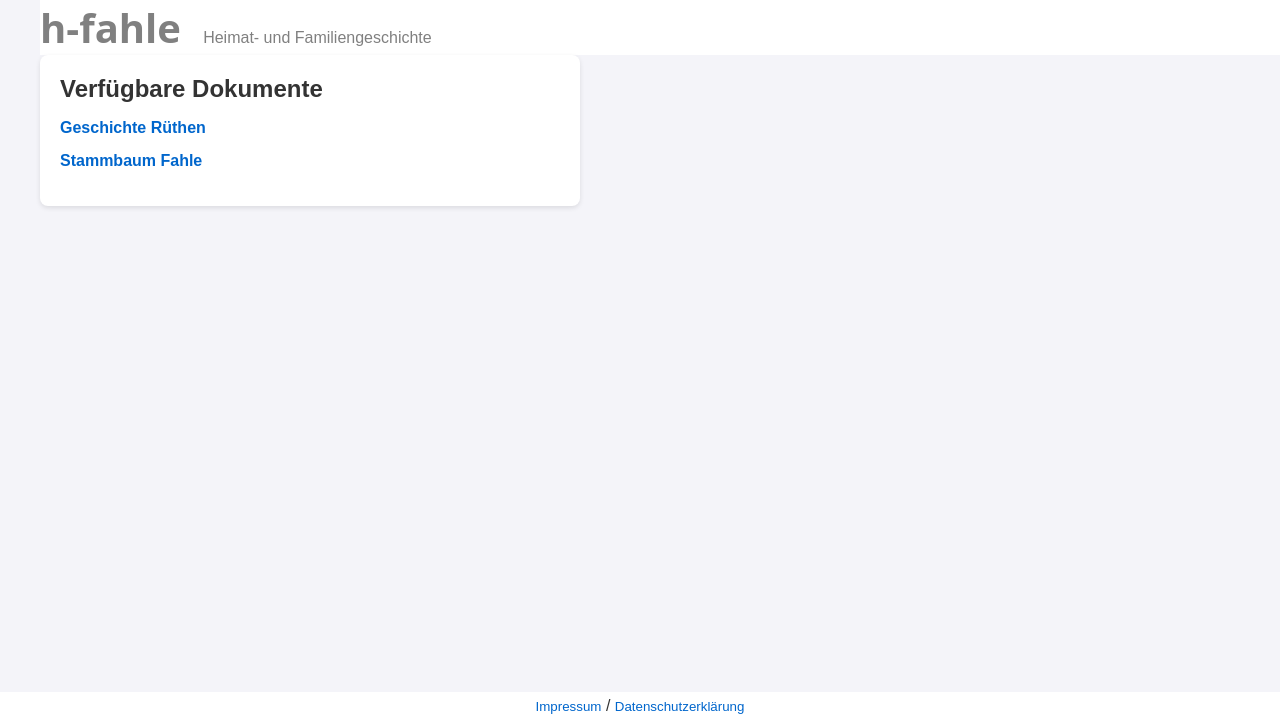
Repository: h-fahle/h-fahle.github.io
Page: index.html
These files come from the project's save history. The page is drawn as it stood at one moment and after the next save; the edit follows.
The browser window is 1280 px wide. The pictures show the whole page.
Some web fonts or font styles are not loaded; a fallback is used.

Above is the page before, as saved 2026-05-24 16:40:56.

After the next save:
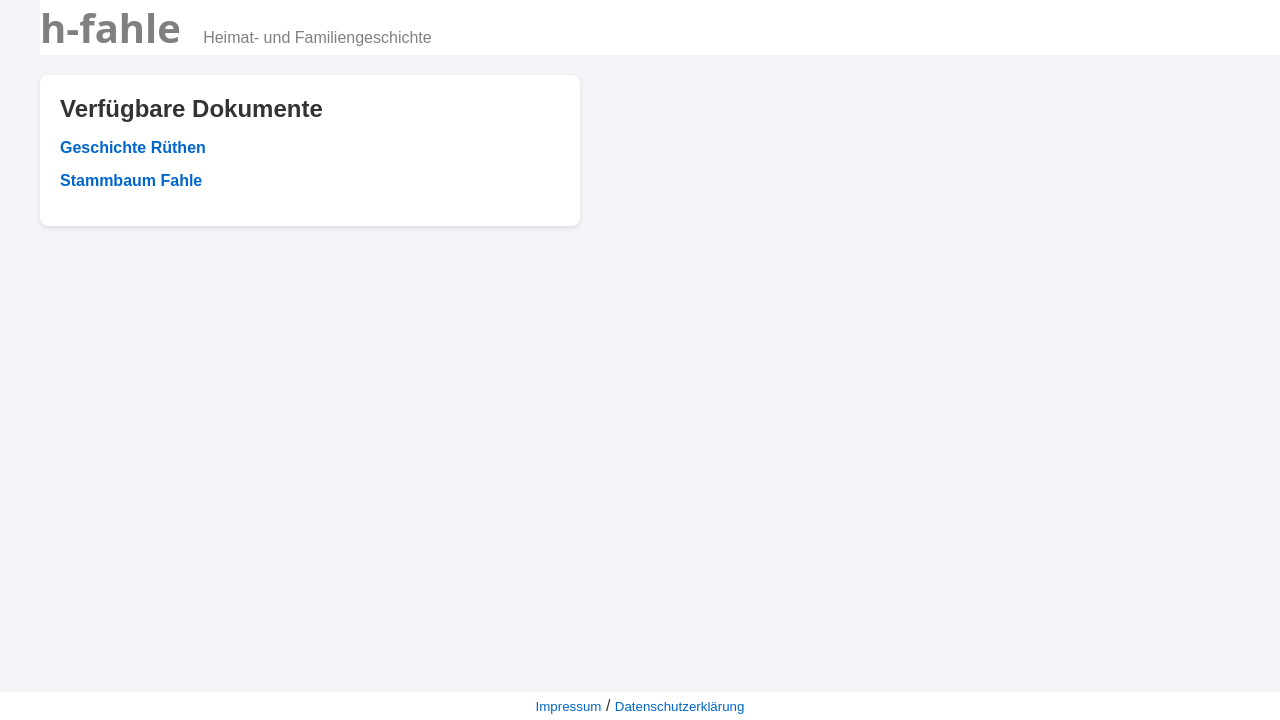
Saved 54 s later.
--- a/index.html
+++ b/index.html
@@ -46,7 +46,7 @@
 
         .container {
             background: #fff;
-            margin-left: 40px;
+            margin: 20px 40px;
             padding: 20px;
             border-radius: 8px;
             max-width: 500px;
